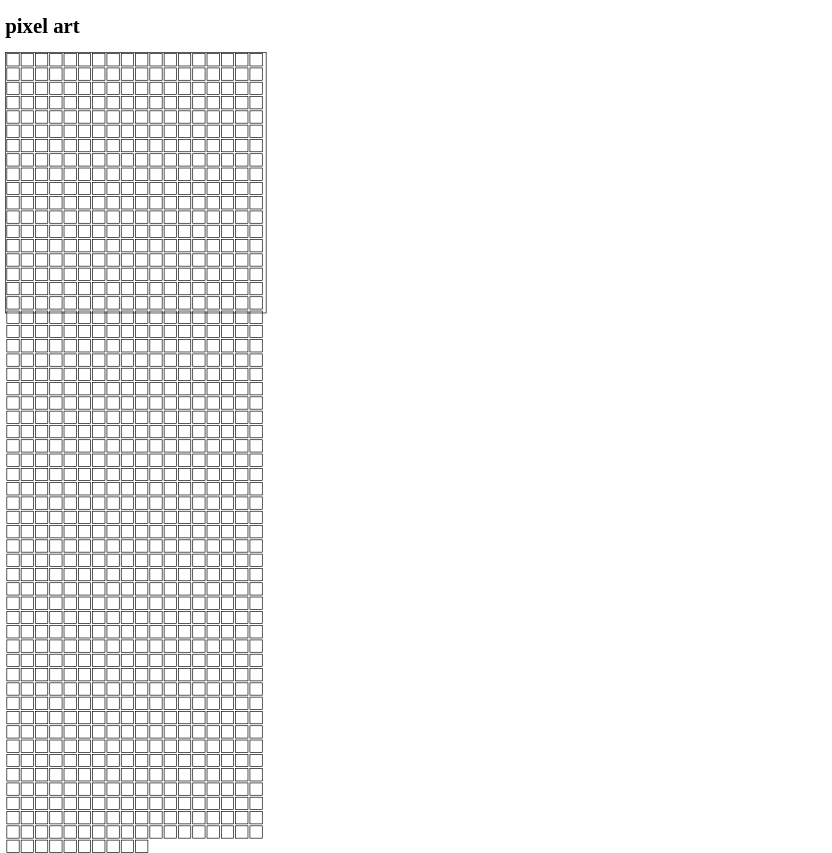
Repository: bechara611/pixelartdb
Page: /
The author's editor kept a copy of each file at every save. The page is drawn from the files as they stood at one save, then again after the next save.
The browser window is 1280 px wide. The pictures show the whole page, at 65% of full size.
The project was rebuilt for these pictures with package versions that can differ from the ones it lists, and the page was loaded fresh each time. Also part of the build but not shown: vite.config.js.

Above is the page before, as saved 2023-03-05 20:29:53.

### src/main.jsx
import React from 'react'
import ReactDOM from 'react-dom/client'
import App from './App'


ReactDOM.createRoot(document.getElementById('root')).render(

    <App />

)

### src/App.jsx

import { useEffect, useState } from 'react'
import './App.css'
import { Pixel } from './Pixel'

const App=()=> {
  const [tamano, settamano] = useState({
    t:10,
    h:1,
    w:1
  })
const  [pixels, setPixels] = useState([])

useEffect(() => {
  let contenedor = document.getElementById('contenedor')
console.log(contenedor.offsetHeight)
console.log(contenedor.offsetWidth)
let row = Math.ceil(contenedor.offsetHeight/10)
let col = Math.ceil(contenedor.offsetWidth/10);
setPixels(Array.from({length:1000}))
}, [])

const funcionArray=(index)=>{
  let nuevoArray = [...pixels]
  console.log(index)
 console.log(!nuevoArray[index])
}

  return (
    <>
      <h1>pixel art</h1>

      <div className="contenedor" id='contenedor'>
      {
        pixels.map((a,index)=>{
          return <Pixel key={index}
                  funcion={()=>funcionArray(index)}
          ></Pixel>
        })
      }

      </div>
    </>
  )
}

export default App

### src/App.css
.pixel {
  width: calc(100%/20);
  height: calc(100%/20);
  border: 1px solid black;
  margin: 1px;
  box-sizing: border-box;

}

.active {
  background: green;
}

.contenedor {

  display: flex;
  flex-direction: row;
  flex-wrap: wrap;
  width: 400px;
  height: 400px;
  max-height: 400px;
  min-height: 400px;
  border: 1px solid black;

}

### src/Pixel.jsx
import React, { useState } from 'react'
import './App.css'
import {selectableGroup, createSelectable} from 'react-selectable-fast'
export const Pixel = (props) => {
    const [isActive, setisActive] = useState(false)
  return (

 <div className={`pixel ${props.active ? 'active' : ''}`} style={{ background:props.active ? props.color : ''}}
 onClick={()=>{
    setisActive(!isActive)
    props.funcion();
}}
onMouseDown={()=>{props.onMouseDown()}}
onMouseUp={()=>{props.onMouseUp()}}
onTouchEnd={()=>{props.onMouseUp()}}
onMouseOver={()=>{props.onMouseOver()}}
onTouchStart={()=>{{
    props.onMouseDown()
    props.onMouseOver()}}}
 >

 </div>
  )
}

Loaded but not shown: index.html (common file)

After the next save:
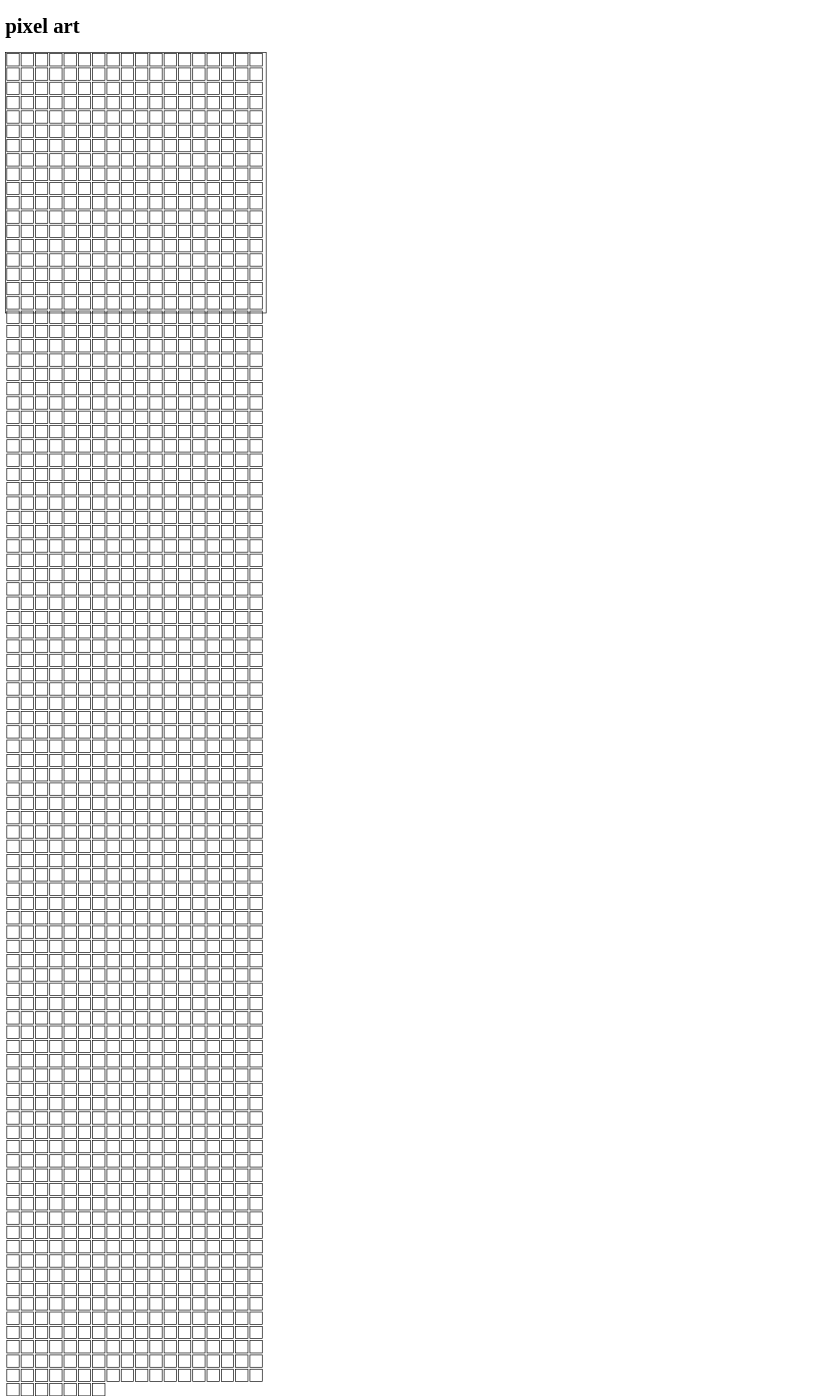
Saved 18 s later.
--- a/src/App.jsx
+++ b/src/App.jsx
@@ -17,7 +17,7 @@ console.log(contenedor.offsetHeight)
 console.log(contenedor.offsetWidth)
 let row = Math.ceil(contenedor.offsetHeight/10)
 let col = Math.ceil(contenedor.offsetWidth/10);
-setPixels(Array.from({length:1000}))
+setPixels(Array.from({length:row*col}))
 }, [])
 
 const funcionArray=(index)=>{
